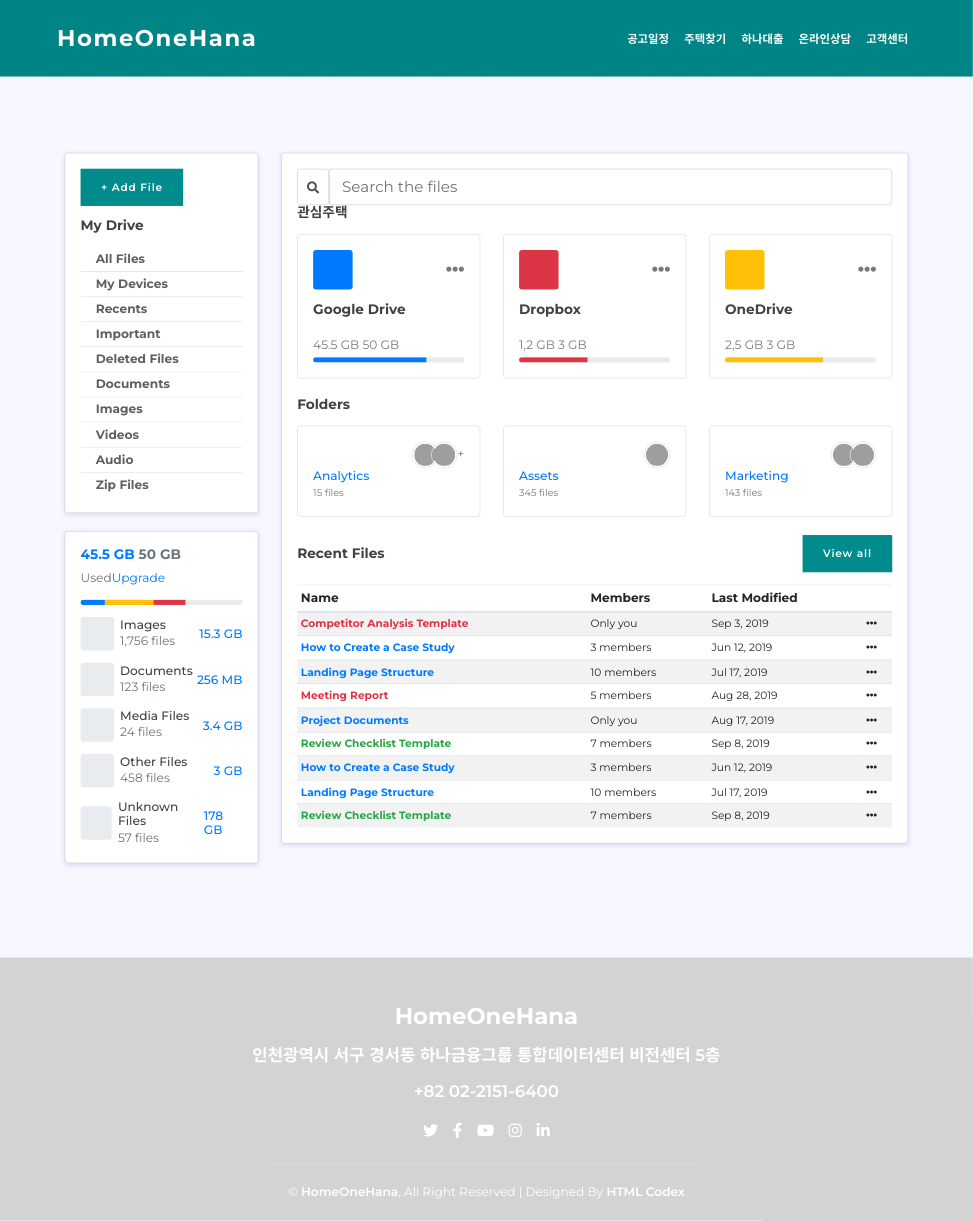
Repository: koposoftware/2021_10_syyoon
Page: http://localhost/HomeOneHana/WEB-INF/jsp/mypage/mypage.jsp
These files come from the project's save history. The page is drawn as it stood at one moment and after the next save; the edit follows.
The browser window is 1280 px wide. The pictures show the whole page, at 76% of full size.
Pictures or frames that could not be fetched are drawn as grey boxes. Some icons come from a web library that is not loaded, so they are not drawn. Some web libraries are served in a nearby version. The page is served by Tomcat 9. Nobody is signed in. Other server files are loaded and not shown. The template is opened directly, without the code that normally fills it, so the values that code supplies are empty.

Above is the page before, as saved 2021-09-15 11:53:04.

### project/Spring-mvc/HomeOneHana/src/main/webapp/WEB-INF/jsp/mypage/mypage.jsp
<%@ page language="java" contentType="text/html; charset=UTF-8"
    pageEncoding="UTF-8"%>
<!DOCTYPE html>
<html>
<head>
<meta charset="UTF-8">
<title>HomeOneHana::</title>
<link href="${ pageContext.request.contextPath }/resources/css/top/menubg.css" rel="stylesheet">
<link href="${ pageContext.request.contextPath }/resources/css/mypage/mypage.css" rel="stylesheet">


</head>
<body>
	<header>
		<div class="limiter">
			<div class="container-login100">
				<div class="wrap-login100">
					<jsp:include page="../include/topMenu.jsp" />
				</div>
			</div>
		</div>

	</header>
	<section>
		<div class="body">
		<div class="container">
			<div class="row">
			    <div class="col-12 col-lg-3">
					<div class="card">
						<div class="card-body">
							<div class="d-grid"> <a href="javascript:;" class="btn btn-primary">+ Add File</a>
							</div>
							<h5 class="my-3">My Drive</h5>
							<div class="fm-menu">
								<div class="list-group list-group-flush"> <a href="javascript:;" class="list-group-item py-1"><i class="bx bx-folder me-2"></i><span>All Files</span></a>
									<a href="javascript:;" class="list-group-item py-1"><i class="bx bx-devices me-2"></i><span>My Devices</span></a>
									<a href="javascript:;" class="list-group-item py-1"><i class="bx bx-analyse me-2"></i><span>Recents</span></a>
									<a href="javascript:;" class="list-group-item py-1"><i class="bx bx-plug me-2"></i><span>Important</span></a>
									<a href="javascript:;" class="list-group-item py-1"><i class="bx bx-trash-alt me-2"></i><span>Deleted Files</span></a>
									<a href="javascript:;" class="list-group-item py-1"><i class="bx bx-file me-2"></i>
			                    <span>Documents</span></a>
									<a href="javascript:;" class="list-group-item py-1"><i class="bx bx-image me-2"></i><span>Images</span></a>
									<a href="javascript:;" class="list-group-item py-1"><i class="bx bx-video me-2"></i><span>Videos</span></a>
									<a href="javascript:;" class="list-group-item py-1"><i class="bx bx-music me-2"></i><span>Audio</span></a>
									<a href="javascript:;" class="list-group-item py-1"><i class="bx bx-beer me-2"></i><span>Zip Files</span></a>
								</div>
							</div>
						</div>
					</div>
					<div class="card">
						<div class="card-body">
							<h5 class="mb-0 text-primary font-weight-bold">45.5 GB <span class="float-end text-secondary">50 GB</span></h5>
							<p class="mb-0 mt-2"><span class="text-secondary">Used</span><span class="float-end text-primary">Upgrade</span>
							</p>
							<div class="progress mt-3" style="height:7px;">
								<div class="progress-bar" role="progressbar" style="width: 15%" aria-valuenow="15" aria-valuemin="0" aria-valuemax="100"></div>
								<div class="progress-bar bg-warning" role="progressbar" style="width: 30%" aria-valuenow="30" aria-valuemin="0" aria-valuemax="100"></div>
								<div class="progress-bar bg-danger" role="progressbar" style="width: 20%" aria-valuenow="20" aria-valuemin="0" aria-valuemax="100"></div>
							</div>
							<div class="mt-3"></div>
							<div class="d-flex align-items-center">
								<div class="fm-file-box bg-light-primary text-primary"><i class="bx bx-image"></i>
								</div>
								<div class="flex-grow-1 ms-2">
									<h6 class="mb-0">Images</h6>
									<p class="mb-0 text-secondary">1,756 files</p>
								</div>
								<h6 class="text-primary mb-0">15.3 GB</h6>
							</div>
							<div class="d-flex align-items-center mt-3">
								<div class="fm-file-box bg-light-success text-success"><i class="bx bxs-file-doc"></i>
								</div>
								<div class="flex-grow-1 ms-2">
									<h6 class="mb-0">Documents</h6>
									<p class="mb-0 text-secondary">123 files</p>
								</div>
								<h6 class="text-primary mb-0">256 MB</h6>
							</div>
							<div class="d-flex align-items-center mt-3">
								<div class="fm-file-box bg-light-danger text-danger"><i class="bx bx-video"></i>
								</div>
								<div class="flex-grow-1 ms-2">
									<h6 class="mb-0">Media Files</h6>
									<p class="mb-0 text-secondary">24 files</p>
								</div>
								<h6 class="text-primary mb-0">3.4 GB</h6>
							</div>
							<div class="d-flex align-items-center mt-3">
								<div class="fm-file-box bg-light-warning text-warning"><i class="bx bx-image"></i>
								</div>
								<div class="flex-grow-1 ms-2">
									<h6 class="mb-0">Other Files</h6>
									<p class="mb-0 text-secondary">458 files</p>
								</div>
								<h6 class="text-primary mb-0">3 GB</h6>
							</div>
							<div class="d-flex align-items-center mt-3">
								<div class="fm-file-box bg-light-info text-info"><i class="bx bx-image"></i>
								</div>
								<div class="flex-grow-1 ms-2">
									<h6 class="mb-0">Unknown Files</h6>
									<p class="mb-0 text-secondary">57 files</p>
								</div>
								<h6 class="text-primary mb-0">178 GB</h6>
							</div>
						</div>
					</div>
				</div>
				<div class="col-12 col-lg-9">
					<div class="card">
						<div class="card-body">
							<div class="fm-search">
								<div class="mb-0">
									<div class="input-group input-group-lg">	<span class="input-group-text bg-transparent"><i class="fa fa-search"></i></span>
										<input type="text" class="form-control" placeholder="Search the files">
									</div>
								</div>
							</div>
							<h5>관심주택</h5>
							<div class="row mt-3">
								<div class="col-12 col-lg-4">
									<div class="card shadow-none border radius-15">
										<div class="card-body">
											<div class="d-flex align-items-center">
												<div class="fm-icon-box radius-15 bg-primary text-white"><i class="lni lni-google-drive"></i>
												</div>
												<div class="ms-auto font-24"><i class="fa fa-ellipsis-h"></i>
												</div>
											</div>
											<h5 class="mt-3 mb-0">Google Drive</h5>
											<p class="mb-1 mt-4"><span>45.5 GB</span>  <span class="float-end">50 GB</span>
											</p>
											<div class="progress" style="height: 7px;">
												<div class="progress-bar bg-primary" role="progressbar" style="width: 75%;" aria-valuenow="75" aria-valuemin="0" aria-valuemax="100"></div>
											</div>
										</div>
									</div>
								</div>
								<div class="col-12 col-lg-4">
									<div class="card shadow-none border radius-15">
										<div class="card-body">
											<div class="d-flex align-items-center">
												<div class="fm-icon-box radius-15 bg-danger text-white"><i class="lni lni-dropbox-original"></i>
												</div>
												<div class="ms-auto font-24"><i class="fa fa-ellipsis-h"></i>
												</div>
											</div>
											<h5 class="mt-3 mb-0">Dropbox</h5>
											<p class="mb-1 mt-4"><span>1,2 GB</span>  <span class="float-end">3 GB</span>
											</p>
											<div class="progress" style="height: 7px;">
												<div class="progress-bar bg-danger" role="progressbar" style="width: 45%;" aria-valuenow="55" aria-valuemin="0" aria-valuemax="100"></div>
											</div>
										</div>
									</div>
								</div>
								<div class="col-12 col-lg-4">
									<div class="card shadow-none border radius-15">
										<div class="card-body">
											<div class="d-flex align-items-center">
												<div class="fm-icon-box radius-15 bg-warning text-dark"><i class="bx bxs-door-open"></i>
												</div>
												<div class="ms-auto font-24"><i class="fa fa-ellipsis-h"></i>
												</div>
											</div>
											<h5 class="mt-3 mb-0">OneDrive</h5>
											<p class="mb-1 mt-4"><span>2,5 GB</span>  <span class="float-end">3 GB</span>
											</p>
											<div class="progress" style="height: 7px;">
												<div class="progress-bar bg-warning" role="progressbar" style="width: 65%;" aria-valuenow="65" aria-valuemin="0" aria-valuemax="100"></div>
											</div>
										</div>
									</div>
								</div>
							</div>
							<!--end row-->
							<h5>Folders</h5>
							<div class="row mt-3">
								<div class="col-12 col-lg-4">
									<div class="card shadow-none border radius-15">
										<div class="card-body">
											<div class="d-flex align-items-center">
												<div class="font-30 text-primary"><i class="bx bxs-folder"></i>
												</div>
												<div class="user-groups ms-auto">
													<img src="https://bootdey.com/img/Content/avatar/avatar1.png" width="35" height="35" class="rounded-circle" alt="">
													<img src="https://bootdey.com/img/Content/avatar/avatar2.png" width="35" height="35" class="rounded-circle" alt="">
												</div>
												<div class="user-plus">+</div>
											</div>
											<h6 class="mb-0 text-primary">Analytics</h6>
											<small>15 files</small>
										</div>
									</div>
								</div>
								<div class="col-12 col-lg-4">
									<div class="card shadow-none border radius-15">
										<div class="card-body">
											<div class="d-flex align-items-center">
												<div class="font-30 text-primary"><i class="bx bxs-folder"></i>
												</div>
												<div class="user-groups ms-auto">
													<img src="https://bootdey.com/img/Content/avatar/avatar7.png" width="35" height="35" class="rounded-circle" alt="">
												</div>
											</div>
											<h6 class="mb-0 text-primary">Assets</h6>
											<small>345 files</small>
										</div>
									</div>
								</div>
								<div class="col-12 col-lg-4">
									<div class="card shadow-none border radius-15">
										<div class="card-body">
											<div class="d-flex align-items-center">
												<div class="font-30 text-primary"><i class="bx bxs-folder"></i>
												</div>
												<div class="user-groups ms-auto">
													<img src="https://bootdey.com/img/Content/avatar/avatar2.png" width="35" height="35" class="rounded-circle" alt="">
													<img src="https://bootdey.com/img/Content/avatar/avatar3.png" width="35" height="35" class="rounded-circle" alt="">
												</div>
											</div>
											<h6 class="mb-0 text-primary">Marketing</h6>
											<small>143 files</small>
										</div>
									</div>
								</div>
							</div>
							<!--end row-->
							<div class="d-flex align-items-center">
								<div>
									<h5 class="mb-0">Recent Files</h5>
								</div>
								<div class="ms-auto"><a href="javascript:;" class="btn btn-sm btn-outline-secondary">View all</a>
								</div>
							</div>
							<div class="table-responsive mt-3">
								<table class="table table-striped table-hover table-sm mb-0">
									<thead>
										<tr>
											<th>Name <i class="bx bx-up-arrow-alt ms-2"></i>
											</th>
											<th>Members</th>
											<th>Last Modified</th>
											<th></th>
										</tr>
									</thead>
									<tbody>
										<tr>
											<td>
												<div class="d-flex align-items-center">
													<div><i class="bx bxs-file-pdf me-2 font-24 text-danger"></i>
													</div>
													<div class="font-weight-bold text-danger">Competitor Analysis Template</div>
												</div>
											</td>
											<td>Only you</td>
											<td>Sep 3, 2019</td>
											<td><i class="fa fa-ellipsis-h font-24"></i>
											</td>
										</tr>
										<tr>
											<td>
												<div class="d-flex align-items-center">
													<div><i class="bx bxs-file me-2 font-24 text-primary"></i>
													</div>
													<div class="font-weight-bold text-primary">How to Create a Case Study</div>
												</div>
											</td>
											<td>3 members</td>
											<td>Jun 12, 2019</td>
											<td><i class="fa fa-ellipsis-h font-24"></i>
											</td>
										</tr>
										<tr>
											<td>
												<div class="d-flex align-items-center">
													<div><i class="bx bxs-file me-2 font-24 text-primary"></i>
													</div>
													<div class="font-weight-bold text-primary">Landing Page Structure</div>
												</div>
											</td>
											<td>10 members</td>
											<td>Jul 17, 2019</td>
											<td><i class="fa fa-ellipsis-h font-24"></i>
											</td>
										</tr>
										<tr>
											<td>
												<div class="d-flex align-items-center">
													<div><i class="bx bxs-file-pdf me-2 font-24 text-danger"></i>
													</div>
													<div class="font-weight-bold text-danger">Meeting Report</div>
												</div>
											</td>
											<td>5 members</td>
											<td>Aug 28, 2019</td>
											<td><i class="fa fa-ellipsis-h font-24"></i>
											</td>
										</tr>
										<tr>
											<td>
												<div class="d-flex align-items-center">
													<div><i class="bx bxs-file me-2 font-24 text-primary"></i>
													</div>
													<div class="font-weight-bold text-primary">Project Documents</div>
												</div>
											</td>
											<td>Only you</td>
											<td>Aug 17, 2019</td>
											<td><i class="fa fa-ellipsis-h font-24"></i>
											</td>
										</tr>
										<tr>
											<td>
												<div class="d-flex align-items-center">
													<div><i class="bx bxs-file-doc me-2 font-24 text-success"></i>
													</div>
													<div class="font-weight-bold text-success">Review Checklist Template</div>
												</div>
											</td>
											<td>7 members</td>
											<td>Sep 8, 2019</td>
											<td><i class="fa fa-ellipsis-h font-24"></i>
											</td>
										</tr>
										<tr>
											<td>
												<div class="d-flex align-items-center">
													<div><i class="bx bxs-file me-2 font-24 text-primary"></i>
													</div>
													<div class="font-weight-bold text-primary">How to Create a Case Study</div>
												</div>
											</td>
											<td>3 members</td>
											<td>Jun 12, 2019</td>
											<td><i class="fa fa-ellipsis-h font-24"></i>
											</td>
										</tr>
										<tr>
											<td>
												<div class="d-flex align-items-center">
													<div><i class="bx bxs-file me-2 font-24 text-primary"></i>
													</div>
													<div class="font-weight-bold text-primary">Landing Page Structure</div>
												</div>
											</td>
											<td>10 members</td>
											<td>Jul 17, 2019</td>
											<td><i class="fa fa-ellipsis-h font-24"></i>
											</td>
										</tr>
										<tr>
											<td>
												<div class="d-flex align-items-center">
													<div><i class="bx bxs-file-doc me-2 font-24 text-success"></i>
													</div>
													<div class="font-weight-bold text-success">Review Checklist Template</div>
												</div>
											</td>
											<td>7 members</td>
											<td>Sep 8, 2019</td>
											<td><i class="fa fa-ellipsis-h font-24"></i>
											</td>
										</tr>
									</tbody>
								</table>
							</div>
						</div>
					</div>
				</div>
			</div>
			</div>
			</div>
	</section>
	<footer>
		<jsp:include page="../include/bottomMenu.jsp" />
	</footer>
</body>
</html>

### project/Spring-mvc/HomeOneHana/src/main/webapp/WEB-INF/jsp/include/bottomMenu.jsp
<%@ page language="java" contentType="text/html; charset=UTF-8"
    pageEncoding="UTF-8"%>
		<!-- Footer Start -->
        <div class="footer wow fadeIn" data-wow-delay="0.3s">
            <div class="container-fluid">
                <div class="container">
                    <div class="footer-info">
                        <h2>HomeOneHana</h2>
                        <h3>인천광역시 서구 경서동 하나금융그룹 통합데이터센터 비전센터 5층</h3>
                        <div class="footer-menu">
                            <p>+82 02-2151-6400</p>
                        </div>
                        <div class="footer-social">
                            <a href=""><i class="fab fa-twitter"></i></a>
                            <a href=""><i class="fab fa-facebook-f"></i></a>
                            <a href=""><i class="fab fa-youtube"></i></a>
                            <a href=""><i class="fab fa-instagram"></i></a>
                            <a href=""><i class="fab fa-linkedin-in"></i></a>
                        </div>
                    </div>
                </div>
                <div class="container copyright">
                    <p>&copy; <a href="#">HomeOneHana</a>, All Right Reserved | Designed By <a href="https://htmlcodex.com">HTML Codex</a></p>
                </div>
            </div>
        </div>
        <!-- Footer End -->


        <!-- Back to top button -->
        <a href="#" class="btn back-to-top"><i class="fa fa-chevron-up"></i></a>


        <!-- Pre Loader -->
        <div id="loader" class="show">
            <div class="loader"></div>
        </div>


		<!-- JavaScript Libraries -->
        <script src="https://code.jquery.com/jquery-3.4.1.min.js"></script>
        <script src="https://stackpath.bootstrapcdn.com/bootstrap/4.4.1/js/bootstrap.bundle.min.js"></script>
        <script src="${ pageContext.request.contextPath }/resources/lib/easing/easing.min.js"></script>
        <script src="${ pageContext.request.contextPath }/resources/lib/wow/wow.min.js"></script>
        <script src="${ pageContext.request.contextPath }/resources/lib/waypoints/waypoints.min.js"></script>
        <script src="${ pageContext.request.contextPath }/resources/lib/typed/typed.min.js"></script>
        <script src="${ pageContext.request.contextPath }/resources/lib/owlcarousel/owl.carousel.min.js"></script>
        <script src="${ pageContext.request.contextPath }/resources/lib/isotope/isotope.pkgd.min.js"></script>
        <script src="${ pageContext.request.contextPath }/resources/lib/lightbox/js/lightbox.min.js"></script>

        <!-- Contact Javascript File -->
        <script src="${ pageContext.request.contextPath }/resources/mail/jqBootstrapValidation.min.js"></script>
        <script src="${ pageContext.request.contextPath }/resources/mail/contact.js"></script>

        <!-- Template Javascript -->
        <script src="${ pageContext.request.contextPath }/resources/js/main.js"></script>

### project/Spring-mvc/HomeOneHana/src/main/webapp/resources/css/top/menubg.css
@charset "UTF-8";


header{
	height:101px;
	background-color:#008485;
}
@media(max-width:992px){
	header{
		height:70px;
	}
}

### project/Spring-mvc/HomeOneHana/src/main/webapp/resources/css/mypage/mypage.css
@charset "UTF-8";



.body{
padding-top:100px;
padding-bottom:100px;
background-color: #f7f7ff;
}
.card {
    position: relative;
    display: flex;
    flex-direction: column;
    min-width: 0;
    word-wrap: break-word;
    background-color: #fff;
    background-clip: border-box;
    border: 0px solid rgba(0, 0, 0, 0);
    border-radius: .25rem;
    margin-bottom: 1.5rem;
    box-shadow: 0 2px 6px 0 rgb(218 218 253 / 65%), 0 2px 6px 0 rgb(206 206 238 / 54%);
}

.card-body h5{
	font-size:18px;
	font-weight:700;
}

.subti{
	font-size:14px;
}

.fm-file-box {
    font-size: 25px;
    background: #e9ecef;
    width: 44px;
    height: 44px;
    display: flex;
    align-items: center;
    justify-content: center;
    border-radius: .25rem;
}
.ms-2 {
    margin-left: .5rem!important;
}

.fm-menu .list-group a {
    font-size: 16px;
    color: #5f5f5f;
    display: flex;
    align-items: center;
}
.list-group-flush>.list-group-item {
    border-width: 0 0 1px;
}
.list-group-item+.list-group-item {
    border-top-width: 0;
}
.py-1 {
	font-weight:700;
    padding-top: .25rem!important;
    padding-bottom: .25rem!important;
}
.list-group-item {
    position: relative;
    display: block;
    padding: .5rem 1rem;
    text-decoration: none;
    background-color: #fff;
    border: 1px solid rgba(0, 0, 0, .125);
}

.radius-15 {
    border-radius: 15px;
}
.fm-icon-box {
    font-size: 32px;
    background: #ffffff;
    width: 52px;
    height: 52px;
    display: flex;
    align-items: center;
    justify-content: center;
    border-radius: .25rem;
}
.font-24 {
    font-size: 24px;
}
.ms-auto {
    margin-left: auto!important;
}
.font-30 {
    font-size: 30px;
}
.user-groups img {
    margin-left: -14px;
    border: 1px solid #e4e4e4;
    padding: 2px;
    cursor: pointer;
}

.rounded-circle {
    border-radius: 50%!important;
}

/*
		현재진행중인 대출
*/

.loanbox{
	margin-top:5px;
	margin-bottom:5px;
}
.loan-finishBox{
	background-color:#000;
}
.loan-acceptBox{
	background-color:#008485;
}

.loan-rejectBox{
	background-color:#e90061;
}

.loan-reviewBox{
	background-color:#b5b5b5;
}

.loanname{
	font-weight:700;
}

.loandate{
	font-size:12px;
}

.loanstatus{
	text-align:center;
	font-weight:700;
	color:#fff;
	font-size:10px;
	margin-bottom:0px;
}

th{
	text-align:center;
}
td{
	font-size:14px;
}

Loaded but not shown: project/Spring-mvc/HomeOneHana/src/main/webapp/resources/lib/animate/animate.min.css (library); project/Spring-mvc/HomeOneHana/src/main/webapp/resources/lib/owlcarousel/assets/owl.carousel.min.css (common file); project/Spring-mvc/HomeOneHana/src/main/webapp/resources/lib/lightbox/css/lightbox.min.css (common file); project/Spring-mvc/HomeOneHana/src/main/webapp/resources/lib/easing/easing.min.js (common file); project/Spring-mvc/HomeOneHana/src/main/webapp/resources/lib/wow/wow.min.js (library); project/Spring-mvc/HomeOneHana/src/main/webapp/resources/lib/waypoints/waypoints.min.js (library); project/Spring-mvc/HomeOneHana/src/main/webapp/resources/lib/typed/typed.min.js (library); project/Spring-mvc/HomeOneHana/src/main/webapp/resources/lib/owlcarousel/owl.carousel.min.js (library); project/Spring-mvc/HomeOneHana/src/main/webapp/resources/lib/isotope/isotope.pkgd.min.js (library); project/Spring-mvc/HomeOneHana/src/main/webapp/resources/lib/lightbox/js/lightbox.min.js (library); project/Spring-mvc/HomeOneHana/src/main/webapp/resources/mail/jqBootstrapValidation.min.js (library); project/Spring-mvc/HomeOneHana/src/main/webapp/resources/js/main.js (108 lines, source omitted); project/Spring-mvc/HomeOneHana/src/main/webapp/resources/mail/contact.js (65 lines, source omitted); project/Spring-mvc/HomeOneHana/src/main/webapp/resources/css/style.css (1648 lines, source omitted); project/Spring-mvc/HomeOneHana/src/main/webapp/WEB-INF/jsp/include/topMenu.jsp (60 lines, source omitted)

After the next save:
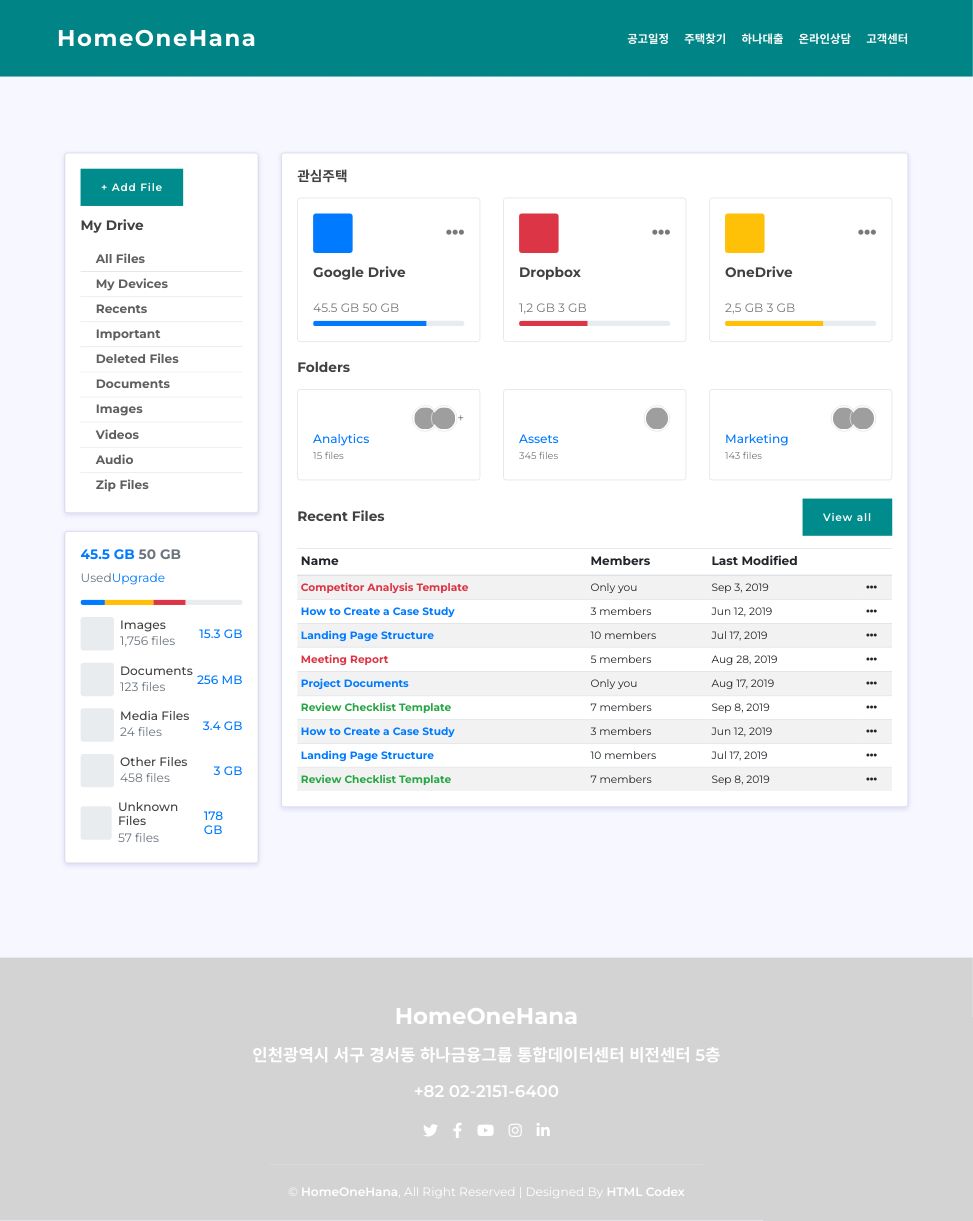
Saved 15 s later.
--- a/project/Spring-mvc/HomeOneHana/src/main/webapp/WEB-INF/jsp/mypage/mypage.jsp
+++ b/project/Spring-mvc/HomeOneHana/src/main/webapp/WEB-INF/jsp/mypage/mypage.jsp
@@ -109,13 +109,7 @@
 				<div class="col-12 col-lg-9">
 					<div class="card">
 						<div class="card-body">
-							<div class="fm-search">
-								<div class="mb-0">
-									<div class="input-group input-group-lg">	<span class="input-group-text bg-transparent"><i class="fa fa-search"></i></span>
-										<input type="text" class="form-control" placeholder="Search the files">
-									</div>
-								</div>
-							</div>
+
 							<h5>관심주택</h5>
 							<div class="row mt-3">
 								<div class="col-12 col-lg-4">
